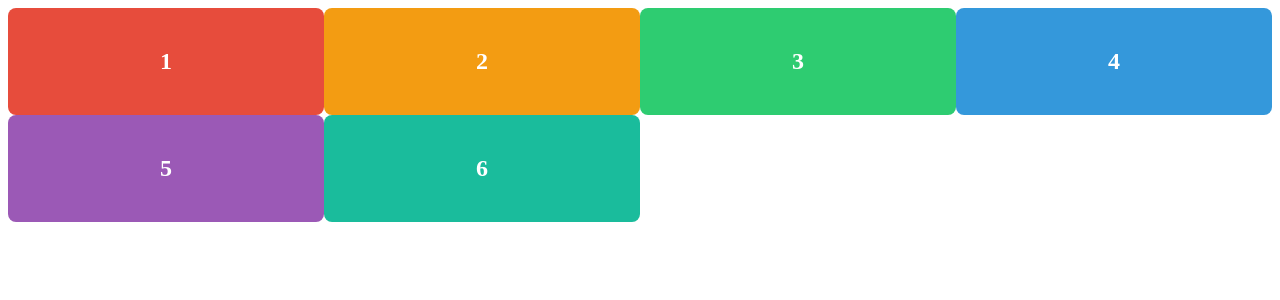
Repository: mertfurkandgn/artpainting
Page: card-1/index.html
An editor plug-in stored every save of this project. The page is shown before and after the next save, followed by the edit.
The browser window is 1280 px wide. The pictures show the whole page.

Above is the page before, as saved 2025-07-30 21:28:10.

After the next save:
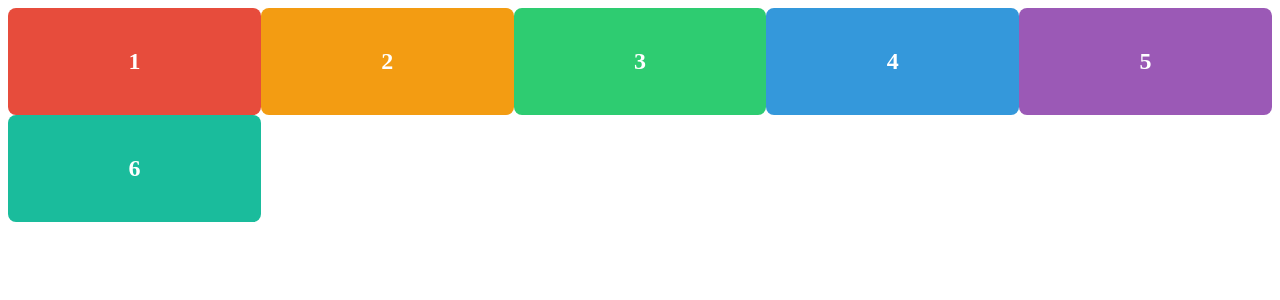
Saved 13 s later.
--- a/card-1/css/style.css
+++ b/card-1/css/style.css
@@ -1,6 +1,6 @@
 .grid-container{
     display: grid;
-    grid-template-columns: repeat(4, 4fr);
+    grid-template-columns: repeat(5, 4fr);
 }
 .item {
       color: white;
